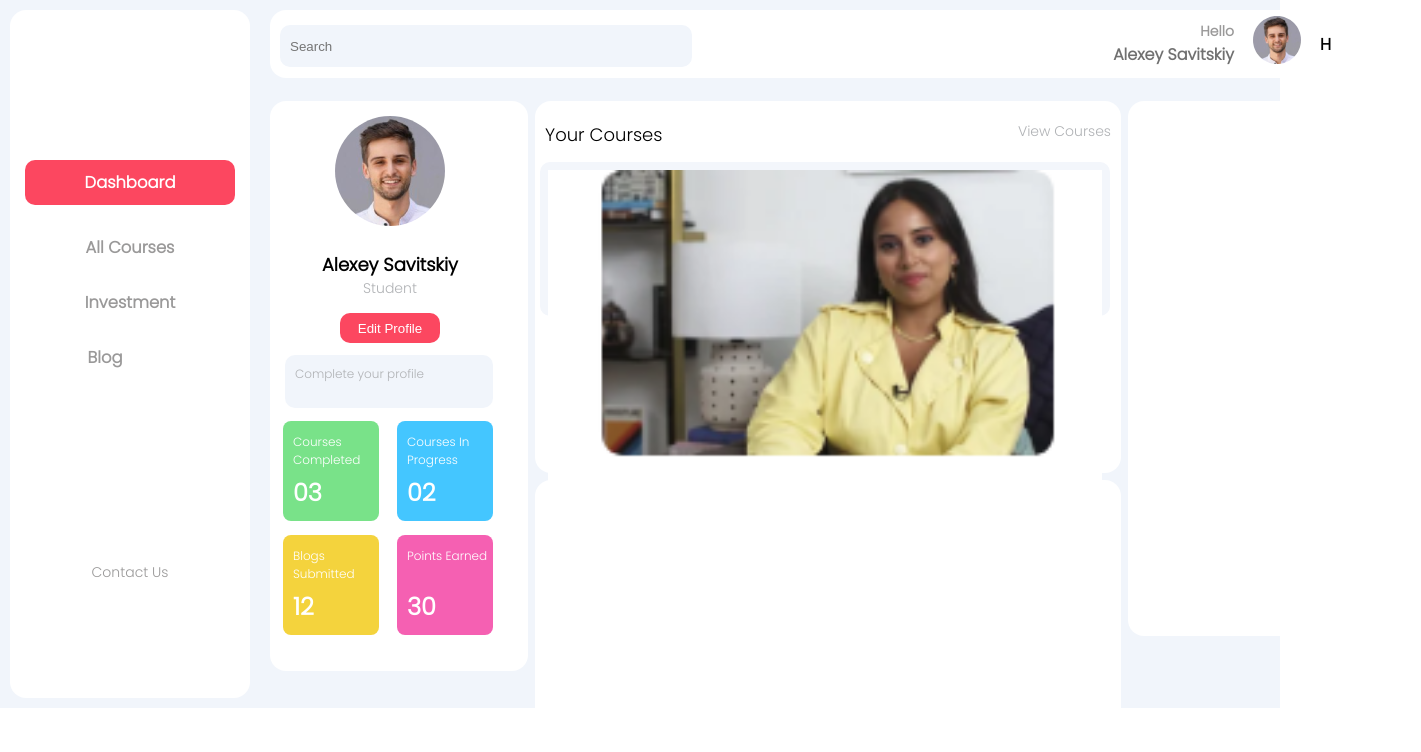
Repository: Anuruddha00/dashboard-design
Page: /
These files come from the project's save history. The page is drawn as it stood at one moment and after the next save; the edit follows.
The browser window is 1280 px wide. The page is 1421 px wide, so the pictures cover 1421 px, including what lies to the right of the window. The pictures show the whole page.
The project was rebuilt for these pictures with package versions that can differ from the ones it lists, and the page was loaded fresh each time.

Above is the page before, as saved 2021-05-07 20:34:07.

### public/index.html
<!DOCTYPE html>
<html lang="en">
  <head>
    <meta charset="utf-8" />
    <link rel="icon" href="%PUBLIC_URL%/favicon.ico" />
    <meta name="viewport" content="width=device-width, initial-scale=1" />
    <meta name="theme-color" content="#000000" />
    <meta
      name="description"
      content="Web site created using create-react-app"
    />
    <link rel="apple-touch-icon" href="%PUBLIC_URL%/logo192.png" />

    <link rel="preconnect" href="https://fonts.gstatic.com">
    <link href="https://fonts.googleapis.com/css2?family=Poppins:wght@300&display=swap" rel="stylesheet">

    <!--
      manifest.json provides metadata used when your web app is installed on a
      user's mobile device or desktop. See https://developers.google.com/web/fundamentals/web-app-manifest/
    -->
    <link rel="manifest" href="%PUBLIC_URL%/manifest.json" />
    <!--
      Notice the use of %PUBLIC_URL% in the tags above.
      It will be replaced with the URL of the `public` folder during the build.
      Only files inside the `public` folder can be referenced from the HTML.

      Unlike "/favicon.ico" or "favicon.ico", "%PUBLIC_URL%/favicon.ico" will
      work correctly both with client-side routing and a non-root public URL.
      Learn how to configure a non-root public URL by running `npm run build`.
    -->
    <title>React App</title>
  </head>
  <body>
    <noscript>You need to enable JavaScript to run this app.</noscript>
    <div id="root"></div>
    <!--
      This HTML file is a template.
      If you open it directly in the browser, you will see an empty page.

      You can add webfonts, meta tags, or analytics to this file.
      The build step will place the bundled scripts into the <body> tag.

      To begin the development, run `npm start` or `yarn start`.
      To create a production bundle, use `npm run build` or `yarn build`.
    -->
  </body>
</html>

### src/index.js
import React from 'react';
import ReactDOM from 'react-dom';
import Dashboard from './containers/Dashboard/Dashboard';
import reportWebVitals from './reportWebVitals';

ReactDOM.render(
  <React.StrictMode>
    <Dashboard />
  </React.StrictMode>,
  document.getElementById('root')
);

// If you want to start measuring performance in your app, pass a function
// to log results (for example: reportWebVitals(console.log))
// or send to an analytics endpoint. Learn more: https://bit.ly/CRA-vitals
reportWebVitals();

### src/containers/Dashboard/Dashboard.js
import React from 'react';
import './Dashboard.scss';

const dashboard = () =>{

    return(
        <div className='container'>
            <div className='dashboard'>
                <div className='dashboardSideBar'>
                   <div className='dashboardSideBarTitle'>
                        <h3 className='dashboardSideBarTitleDashboard'>Dashboard</h3>
                        <h3 className='dashboardSideBarTitleCourses'>All Courses</h3>
                        <h3 className='dashboardSideBarTitleInvestment'>Investment</h3>
                        <h3 className='dashboardSideBarTitleBlog'>Blog</h3>
                   </div>
                   <div className='dashboardSideBarContact'>
                        <p>Contact Us</p>
                   </div>
                </div>
                <div className='dashboardMenu'>
                    <section className='content'>
                        <nav className='contentNavbar'>
                            <div className='contentNavbarSearch'>
                                <form>
                                    <input type='text' placeholder='Search'/>
                                </form>
                            </div>
                            <div className='contentNavbarProfile'>
                                <div className='contentNavbarProfileName'>
                                    <h3>Hello</h3>
                                    <h2>Alexey Savitskiy</h2>
                                </div>
                                <img src='./assets/Image 9.png'/>
                                <h1>H</h1>
                            </div>
                        </nav>

                        <div className='contentBody'>
                            <section className='details'>
                                <div className='detailsAbout'>
                                    <div className='detailsAboutProfile'>
                                        <img src='./assets/Image 12.png'/>
                                        <h3>Alexey Savitskiy</h3>
                                        <p>Student</p>
                                        <button>Edit Profile</button>
                                    </div>
                                    <div className='detailsAboutComplete'>
                                        <p>Complete your profile</p>
                                    </div>
                                    <div className='detailsAboutProgress'>
                                        <div className='detailsAboutProgressCompleted'>
                                            <p>Courses Completed</p>
                                            <h1>03</h1>
                                        </div>
                                        <div className='detailsAboutProgressContinue'>
                                            <p>Courses In Progress</p>
                                            <h1>02</h1>
                                        </div>
                                        <div className='detailsAboutProgressBlogs'>
                                            <p>Blogs Submitted</p>
                                            <h1>12</h1>
                                        </div>
                                        <div className='detailsAboutProgressPoints'>
                                            <p>Points Earned</p>
                                            <h1>30</h1>
                                        </div>
                                    </div>
                                </div>
                            </section>

                            <section className='view'>
                                <section className='courses'>
                                    <nav className='coursesNavbar'>
                                      <li className='coursesNavbarTitle'>Your Courses</li>
                                      <li className='coursesNavbarView'>View Courses</li>
                                    </nav>
                                    <div className='coursesList'>
                                        <div className='coursesListManagement'>
                                            <img src='./assets/Image 15.png'/>
                                            <div className='coursesListManagementDescription'>
                                                <h3>Project Management Masterclass - Spinning plates: A day in the life of a Project Manager</h3>
                                                <div className='coursesListManagementDuration'>
                                                    <li>1h 53m</li>
                                                    <li>jan 16,2021</li>
                                                </div>
                                                <p>Lesson Completed:4 / 12</p>
                                            </div>
                                        </div>
                                        <div className='coursesListBusiness'>
                                            <img src='./assets/Image 16.png'/>
                                            <div className='coursesListBusinessDescription'>
                                                <h3>E-Commerce Essentials: How to Start a Successful Online Business</h3>
                                                <div>
                                                    <li>2h 43m</li>
                                                    <li>jan 16,2021-May 16,2021</li>
                                                </div>
                                                <p>Lesson Completed:4 / 12</p>
                                            </div>
                                        </div>
                                    </div>
                                </section>
                                <section className='blog'>

                                </section>
                            </section>

                            <section className='notification'>
                                <div className='notificationBar'>

                                </div>
                            </section>
                        </div>
                   </section>
                </div>
            </div>
        </div>
    )

}
export default dashboard;

### src/containers/Dashboard/Dashboard.scss

body{
    margin: 0;
    padding: 0;
    font-size: 0.875rem;
    font-family: 'Poppins', sans-serif;

}

.container{
    background: #f1f5fb;
    height: 100%;
    width: 100%;

    .dashboard{
        display: grid;
        grid-template-columns: 1fr 1fr;

        &SideBar{
            grid-column: 1;
            grid-row: 1 / 6;
            border-radius: 16px;
            background: #ffffff;
            margin: 10px;
            height: 688px;
            width: 240px;

            &Title{
                margin-top: 150px;
                font-size: 14px;

                &Dashboard{
                    background:#fc4760;
                    border-radius: 10px;
                    text-align: center;
                    padding: 10px 10px 10px 10px;
                    margin: 10px 15px 10px 15px;
                    color: #ffffff;

                }
                &Courses{
                    text-align: center;
                    margin-top: 30px;
                    color: #9a9999;
                }
                &Investment{
                    text-align: center;
                    margin-top: 30px;
                    color: #9a9999;
                }
                &Blog{
                    text-align: center;
                    margin-top: 30px;
                    margin-right: 50px;
                    color: #9a9999;
                }
            }
            &Contact{
                margin-top: 80%;

                p{
                    text-align: center;
                    color: #9a9999;
                    font-size: 14px;
                }

            }
        }
        &Menu{
            grid-column: 2;
            grid-row: 1 / 6;
            margin: 10px;

            .content{
                display: grid;
                grid-template-rows:1fr 7fr ;
                gap:10px;

                &Navbar{
                    display: flex;
                    justify-content: space-between;
                    background: #ffffff;
                    border-radius: 16px;
                    height: 68px;
                    width: 1151px;

                    &Search{

                        input{
                            background: #f1f5fb;
                            border-style: none;
                            padding-left: 10px;
                            width: 400px;
                            height: 40px;
                            margin: 15px 0 0 10px;
                            border-radius: 10px;

                        }
                    }
                    &Profile{
                        display: flex;
                        flex-direction: row;
                        gap: 1em;
                        margin-right: 90px;
                        align-items: center;
                        height: 68px;

                        &Name{
                            text-align: end;
                            margin-top: 0;

                            h3{
                                color: #9a9999;
                                margin: 0;
                                font-size: 14px;
                            }
                            h2{
                                margin: 0;
                                font-size: 16px;
                                color: #707070;
                            }
                        }
                    }
                }
                &Body{
                    display: grid;
                    grid-template-columns: 1fr 1fr 1fr;
                    position: relative;

                    .details{
                        border-radius: 16px;
                        background: #ffffff;


                        &About{
                            height:555px;
                            width: 240px;

                            &Profile{
                                text-align: center;
                                margin-top: 15px;


                                h3{
                                    font-size: 18px;
                                    margin: 0;
                                }
                                p{
                                    color: #b0b2b5;
                                    margin-top: 0;
                                }
                                button{
                                    border-style: none;
                                    border-radius: 10px;
                                    width: 100px;
                                    height: 30px;
                                    color: #ffffff;
                                    background: #fc4760;

                                }
                            }
                            &Complete{
                                background: #f1f5fb;
                                border-radius: 10px;
                                color: #b0b2b5;
                                height: 53px;
                                width: 208px;
                                font-size: 12px;
                                margin-left: 15px;

                                p{
                                    padding-left: 10px;
                                    padding-top: 10px;
                                }
                            }
                            &Progress{
                                display: grid;
                                grid-template-columns: 1fr 1fr;
                                margin: 13px;
                                gap: 1em;
                                color: #ffffff;

                                p{
                                    font-size: 12px;
                                    padding-left: 10px;
                                }


                                &Completed{
                                    background: #79e289;
                                    border-radius: 8px;
                                    width: 96px;
                                    height: 100px;
                                    position: relative;

                                    h1{
                                        font-size: 24px;
                                        position: absolute;
                                        left: 10px;
                                        top: 30px;
                                    }

                                }
                                &Continue{
                                    background:  #44c6ff;
                                    border-radius: 8px;
                                    width: 96px;
                                    height: 100px;
                                    position: relative;

                                    h1{
                                        font-size: 24px;
                                        position: absolute;
                                        left: 10px;
                                        top: 30px;
                                    }

                                }
                                &Blogs{
                                    background:  #f4d33d;
                                    border-radius: 8px;
                                    width: 96px;
                                    height: 100px;
                                    position: relative;

                                    h1{
                                        font-size: 24px;
                                        position: absolute;
                                        left: 10px;
                                        top: 30px;
                                    }
                                }
                                &Points{
                                    background: #f560b2;
                                    border-radius: 8px;
                                    width: 96px;
                                    height: 100px;
                                    position: relative;

                                    h1{
                                        font-size: 24px;
                                        position: absolute;
                                        left: 10px;
                                        top: 30px;
                                    }
                                }
                            }
                        }
                    }
                    .view{
                        margin-left: 7px;

                        .courses{
                            width: 586px;
                            height: 372px;
                            border-radius: 16px;
                            background: #ffffff;
                            position: relative;

                            &Navbar{
                                list-style: none;
                                display: flex;
                                justify-content: space-between;

                                &Title{
                                    font-size: 18px;
                                    font-weight: 500px;
                                    padding: 20px 0 0 10px;
                                }
                                &View{
                                    color: #b0b2b5;
                                    font-size: 14px;
                                    padding: 20px 10px;
                                }
                            }
                            &List{
                                padding: 0 5px 5px 5px;


                                &Management{
                                    background: #f3f6fb;
                                    padding: 8px;
                                    border-radius: 10px;
                                    width: 554px;
                                    height: 138px;
                                    display: flex;
                                    flex-direction: column;
                                    position: relative;

                                    &Description{
                                        font-size: 14px;
                                        font-weight: 600px;

                                    }
                                    &Duration{
                                        display: flex;
                                        list-style: none;

                                        li{
                                            margin-right: 20px;
                                        }
                                    }
                                }
                                &Business{
                                    background: #f3f6fb;
                                    border-radius: 10px;
                                    width: 554px;
                                    height: 138px;
                                    display: flex;
                                }
                            }

                        }

                        .blog{
                            width: 586px;
                            height: 272px;
                            border-radius: 16px;
                            background: #ffffff;
                            margin-top: 7px;
                            position: absolute;

                        }
                    }
                    .notification{
                        margin-left: 7px;

                        &Bar{
                            background: #ffffff;
                            width: 293px;
                            height: 535px;
                            border-radius: 16px;
                        }
                    }
                }
            }
        }
    }
}

Loaded but not shown: src/reportWebVitals.js (common file)

After the next save:
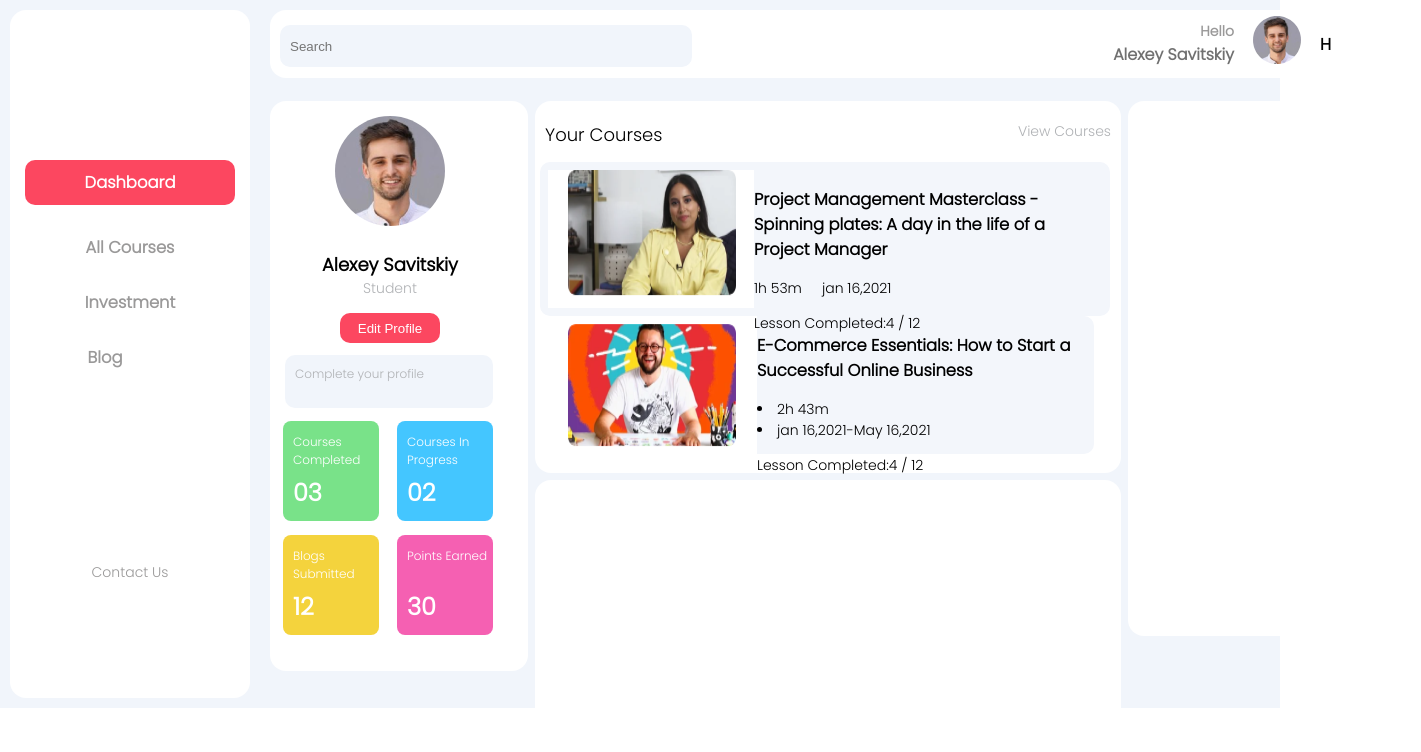
Saved 12 s later.
--- a/src/containers/Dashboard/Dashboard.scss
+++ b/src/containers/Dashboard/Dashboard.scss
@@ -275,7 +275,8 @@ body{
                             }
                             &List{
                                 padding: 0 5px 5px 5px;
-
+                                display: flex;
+                                flex-direction: column;
 
                                 &Management{
                                     background: #f3f6fb;
@@ -284,7 +285,7 @@ body{
                                     width: 554px;
                                     height: 138px;
                                     display: flex;
-                                    flex-direction: column;
+                                    flex-direction: row;
                                     position: relative;
 
                                     &Description{
